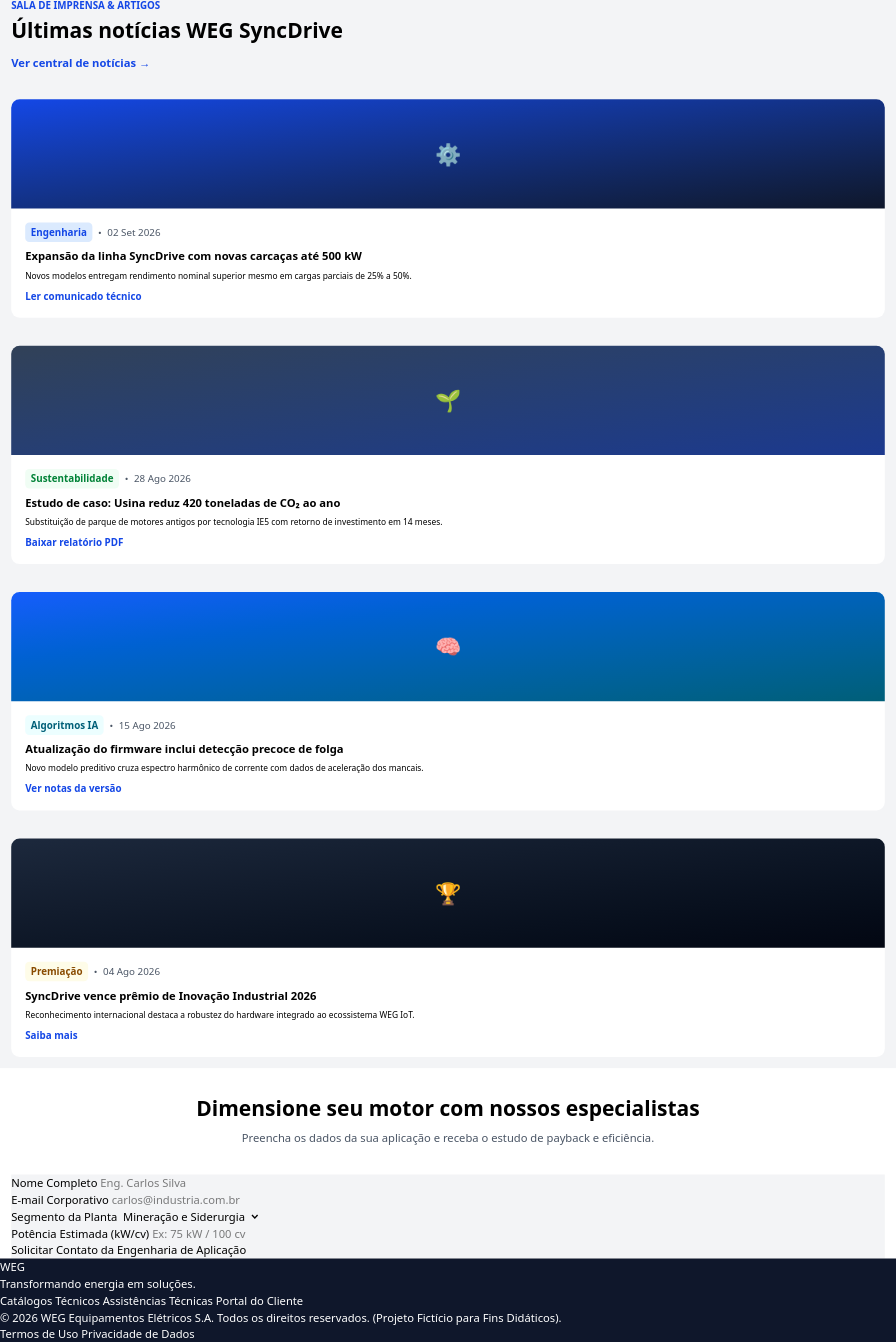
Repository: camilewng/Exercicio-Tailwind
Page: index.html
These files come from the project's save history. The page is drawn as it stood at one moment and after the next save; the edit follows.
The browser window is 1280 px wide. The pictures show the part of the page from y = 2947 to 4867 px (the page is 4865 px tall before and 4867 px after), at 70% of full size.

Above is the page before, as saved 2026-09-14 16:27:23.

### index.html
<!DOCTYPE html>
<html lang="pt-BR">
<head>
  <meta charset="UTF-8">
  <meta name="viewport" content="width=device-width, initial-scale=1.0">
  <title>WEG SyncDrive IoT - Exercício Tailwind CSS</title>
  <script src="https://cdn.jsdelivr.net/npm/@tailwindcss/browser@4"></script>
</head>
<body>

  <!-- ==========================================
       1. HEADER / NAVBAR
       Desafio:
       - Fixar no topo (sticky top-0) com fundo translúcido/blur.
       - Logo WEG em destaque com fundo azul industrial.
       - Menu oculto em telas pequenas e visível em lg:.
  =========================================== -->
  <header>
    <div class="flex flex-row justify-between border-b border-gray-300 mb-15">
      <div class="flex">
        <div class="bg-blue-600 text-white text-2xl font-black w-20 h-10 text-center pt-0.75 rounded-sm m-3">
          WEG
        </div>
        <div class="flex flex-col border-l-2 border-gray-300 h-10 pl-2 mt-3">
          <span class="font-bold">SyncDrive</span>
          <span class="text-blue-600 uppercase font-medium text-xs">Industrial IoT</span>
        </div>
      </div>

      <nav class="hidden">
        <a href="#solucao">A Solução</a>
        <a href="#recursos">Tecnologia</a>
        <a href="#metricas">Performance</a>
        <a href="#aplicacoes">Aplicações</a>
        <a href="#novidades">Notícias</a>
      </nav>

      <div class="flex">
        <a href="#contato" class="hidden">Falar com Consultor</a>
        <a href="#contato" class="bg-blue-600 text-white px-4 py-2 mr-3 mt-3 mb-3 rounded-sm font-medium">
          Especificar Motor
        </a>
      </div>
    </div>
  </header>

  <main >
    <!-- ==========================================
         2. HERO SECTION
         Desafio:
         - Layout em grid de 2 colunas no desktop (texto + painel de telemetria).
         - Centralizado no mobile, alinhado à esquerda em lg:.
         - Estilizar o card escuro de telemetria com badges e status.
    =========================================== -->
    <section id="solucao" class="bg-gradient-to-t from-gray-200 to-white pb-15" >
      <div>
      <div >
        <div>

          <!-- Coluna 1: Conteúdo Textual -->
          <div class="flex flex-col">
            <span class="bg-blue-50 border border-blue-300 uppercase text-sm text-blue-600
                         font-semibold p-1 px-3 rounded-4xl flex mx-11 mb-6">
              Indústria 4.0 & Manutenção Preditiva
            </span>
            <h1 class="font-black text-3xl text-center w-85 mx-8 mb-6 leading-9">WEG SyncDrive: Confiabilidade extrema com inteligência preditiva.</h1>
            <p class="text-gray-600 text-center mx-2 mb-6">
              O motor elétrico síncrono que combina rendimento ultra-premium (IE5), sensoriamento integrado de vibração e temperatura e conectividade instantânea com a nuvem WEG IoT.
            </p>
            <div class="flex flex-col">
              <a href="#contato" class="bg-blue-600 mx-4 text-white flex justify-center font-medium py-3 rounded-sm mb-3">
                Solicitar Folha de Dados
              </a>
              <a href="#recursos" class="border border-gray-300 text-gray-700 font-semibold flex justify-center mx-4 py-3 rounded-sm bg-white mb-10">
                Conhecer a Arquitetura
              </a>
            </div>
          </div>

          <!-- Coluna 2: Card de Telemetria IoT -->
          <div class="bg-slate-900 text-white mx-4 rounded-2xl p-7 ">
            <div>
              <div class="flex justify-between border-b border-gray-600 mb-3">
                <span class="text-blue-400 text-sm mb-4">NODE_ID: WEG-MTR-8842</span>
                <div>
                  <span></span>
                  <span class="flex text-sm text-gray-400">Online 60Hz</span>
                </div>
              </div>

              <div>
                <div class="bg-slate-800 p-3 rounded-lg mb-4">
                  <span  class="text-sm text-gray-400">Eficiência Energética</span>
                  <div class="font-bold text-2xl">96.8% <span class="text-green-300 font-normal text-sm">(Padrão IE5)</span></div>
                </div>

                <div class="flex flex-row gap-4">
                  <div class="bg-slate-800 p-4 rounded-lg mb-4">
                    <span class="text-gray-400 text-sm">Vibração RMS</span>
                    <div class="font-semibold text-xl pb-2 pr-5">0.82 mm/s</div>
                    <span class="text-green-300 text-xs">✓ Faixa Ideal ISO</span>
                  </div>
                  <div class="bg-slate-800 p-4 rounded-lg mb-4">
                    <span class="text-gray-400 text-sm" >Temp. Mancal</span>
                    <div class="font-semibold text-xl pr-13 pb-2">62.4 °C</div>
                    <span class="text-blue-400 text-xs">Normal (PT100)</span>
                  </div>
                </div>

                <div class="bg-blue-950 text-xs px-3 py-3 text-blue-200/90 rounded-lg border border-blue-500/30">
                  ⚡ Previsão de manutenção: operação normal pelos próximos 12 meses.
                </div>
              </div>
            </div>
          </div>

        </div>
      </div>
    </section>

    <!-- ==========================================
         3. RECURSOS / ESPECIFICAÇÕES TÉCNICAS
         Desafio:
         - Grid responsivo de 3 colunas (1 col mobile, 3 cols desktop).
         - Efeito hover nos cards com transição suave de borda ou sombra.
    =========================================== -->
    <section id="recursos" class="p-5">
      <div>
        <div>
          <h2 class="font-black text-3xl text-center mt-12 mb-4">Engenharia pensada para regime contínuo</h2>
          <p class="text-gray-600 text-center mb-15">Projetado para suportar ambientes industriais severos sem comprometer o fluxo operacional.</p>
        </div>

        <div>
          <article class="bg-gray-100 p-5 rounded-lg border border-gray-300/80 mb-8">
            <div class="flex justify-center items-center bg-blue-100 w-11 h-11 rounded-lg mb-4">⚙️</div>
            <h3 class="text-xl font-bold mb-3">Nível de Rendimento IE5</h3>
            <p class="text-gray-600">Rotores com ímãs permanentes de terras raras que eliminam perdas por efeito Joule no rotor, gerando até 35% de economia em perdas elétricas.</p>
          </article>

          <article class="bg-gray-100 p-5 rounded-lg border border-gray-300/80 mb-8">
            <div class="flex justify-center items-center bg-blue-100 w-11 h-11 rounded-lg mb-4">📡</div>
            <h3 class="text-xl font-bold mb-3">Módulo IoT Plug & Play</h3>
            <p class="text-gray-600">Sensores triaxiais acoplados de fábrica comunicando via Bluetooth Low Energy ou redes industriais cabeadas diretamente com o gateway da planta.</p>
          </article>

          <article class="bg-gray-100 p-5 rounded-lg border border-gray-300/80 mb-8">
            <div class="flex justify-center items-center bg-blue-100 w-11 h-11 rounded-lg mb-4">🛡️</div>
            <h3 class="text-xl font-bold mb-3">Grau de Proteção IP66 / W3</h3>
            <p class="text-gray-600">Carcaça em ferro fundido de alta resistência mecânica com pintura anticorrosiva de alto desempenho, apto para atmosferas agressivas.</p>
          </article>
        </div>
      </div>
    </section>

    <!-- ==========================================
         4. MÉTRICAS / NÚMEROS INDUSTRIAIS
         Desafio:
         - Seção de alto contraste (fundo escuro slate-900).
         - Grid de 2 colunas no mobile e 4 colunas em telas maiores.
    =========================================== -->
    <section id="metricas" class="bg-slate-900">
      <div>
        <div class="grid grid-rows-2 grid-cols-2 pt-10 pb-5 px-8 gap-5">
          <div class="border-b border-gray-800 col-start-1 col-end-2 row-start-1 row-end-2">
            <div class="text-blue-400/90 font-black text-3xl text-center pb-1 pt-3">-70%</div>
            <div class="text-gray-300 text-sm pb-8">Paradas Não Planejadas</div>
          </div>
          <div  class="border-b border-gray-800 col-start-2 col-end-3 row-start-1 row-end-2 ">
            <div class="text-blue-400/90 font-black text-3xl text-center pb-1 pt-3">IE5</div>
            <div class="text-gray-300 text-sm">Classificação Energética</div>
          </div>
          <div class="col-start-1 col-end-2 row-start-2 row-end-3" >
            <div class="text-blue-400/90 font-black text-3xl text-center pb-1 pt-3">100k+</div>
            <div class="text-gray-300 text-xs">Horas de Vida dos Mancais</div>
          </div>
          <div class="col-start-2 col-end-3 row-start-2 row-end-3">
            <div class="text-blue-400/90 font-black text-3xl text-center pb-1 pt-3">24/7</div>
            <div class="text-gray-300 text-sm text-center">Telemetria em Nuvem</div>
          </div>
        </div>
      </div>
    </section>

    <!-- ==========================================
         5. APLICAÇÕES INDUSTRIAIS
         Desafio:
         - Grid de 4 colunas adaptável (1 col mobile, 2 sm, 4 lg).
         - Uso de tags de categoria uppercase com tipografia reduzida.
    =========================================== -->
    <section id="aplicacoes" class="pb-8 border-b border-gray-300/80">
      <div>
        <div>
          <h2 class="font-bold text-3xl text-center mt-15 mb-3">Projetado para indústrias críticas</h2>
          <p class="text-gray-600 text-center mx-5 mb-10">Linhas de montagem e processos onde a interrupção não é uma opção.</p>
        </div>

        <div class="flex flex-col">
          <div class="bg-gray-100 rounded-md border border-gray-300/80 mx-4 p-3 mb-6">
            <span class="uppercase text-blue-600 font-semibold text-sm">Mineração</span>
            <h4 class="text-xl font-bold mt-2 mb-2">Correias & Britadores</h4>
            <p class="text-gray-500 text-sm">Torque constante em baixas rotações sem necessidade de redutores pesados.</p>
          </div>

          <div class="bg-gray-100 rounded-md border border-gray-300/80 mx-4 p-3 mb-6">
            <span class="uppercase text-blue-600 font-semibold text-sm">Saneamento</span>
            <h4 class="text-xl font-bold mt-2 mb-2">Estações de Bombeamento</h4>
            <p class="text-gray-500 text-sm">Redução drástica do custo de kWh em bombas centrífugas de regime 24 horas.</p>
          </div>

          <div class="bg-gray-100 rounded-md border border-gray-300/80 mx-4 p-3 mb-6">
            <span class="uppercase text-blue-600 font-semibold text-sm">Papel & Celulose</span>
            <h4 class="text-xl font-bold mt-2 mb-2">Secadores e Bobinadeiras</h4>
            <p  class="text-gray-500 text-sm">Precisão milimétrica de sincronismo de velocidade entre rolos condutores.</p>
          </div>

          <div class="bg-gray-100 rounded-md border border-gray-300/80 mx-4 p-3 mb-6">
            <span class="uppercase text-blue-600 font-semibold text-sm">Agroindústria</span>
            <h4 class="text-xl font-bold mt-2 mb-2">Silos & Ventiladores</h4>
            <p class="text-gray-500 text-sm">Operação imune a poeira condutiva com baixo índice de aquecimento residual.</p>
          </div>
        </div>
      </div>
    </section>

    <!-- ==========================================
         6. NOVIDADES / NOTÍCIAS (4 ITENS)
         Desafio:
         - Cabeçalho com alinhamento justify-between.
         - 4 cards em grid: 1 col (mobile), 2 cols (md), 4 cols (lg).
         - Imagem/banner visual com gradiente em cada notícia.
         - Flexbox nos cards para fixar o link de leitura no rodapé.
    =========================================== -->
    <section id="novidades" class="bg-gray-100 p-4">
      <div>

        <div>
          <div class="flex flex-col">
            <span class="uppercase text-blue-700 font-semibold text-sm mt-15">Sala de Imprensa & Artigos</span>
            <h2 class="font-black text-3xl mt-2 mb-4">Últimas notícias WEG SyncDrive</h2>
          </div class="flex">
          <a href="#" class="text-blue-700 font-semibold">Ver central de notícias →</a>
        </div>

        <div>
          <!-- Notícia 1 -->
          <article class="bg-white rounded-xl mt-10">
            <div class="text-3xl py-15 text-center bg-gradient-to-br from-blue-700 to-slate-900 rounded-t-xl ">⚙️</div>
            <div class="px-5 py-5">
              <div class="flex">
                <span class="bg-blue-100 py-1 px-2 rounded-md text-blue-700 font-semibold text-sm mb-2 mr-2">Engenharia</span>
                <span class="text-gray-600 text-sm mr-2 pt-1">•</span>
                <time class="text-gray-600 text-sm pt-1">02 Set 2026</time>
              </div>
              <h3>
                <a href="#" class="font-bold text-md">Expansão da linha SyncDrive com novas carcaças até 500 kW</a>
              </h3>
              <p class="text-xs py-2">Novos modelos entregam rendimento nominal superior mesmo em cargas parciais de 25% a 50%.</p>
              <a href="#" class="text-blue-700 font-semibold text-sm">Ler comunicado técnico</a>
            </div>
          </article>

          <!-- Notícia 2 -->
          <article class="bg-white rounded-xl mt-10">
            <div class="text-3xl py-15 text-center bg-gradient-to-br from-slate-700 to-blue-900 rounded-t-xl ">🌱</div>
            <div class="px-5 py-5">
              <div class="flex">
                <span class="bg-green-50 py-1 px-2 rounded-md text-green-700 font-semibold text-sm mb-2 mr-2">Sustentabilidade</span>
                <span class="text-gray-600 text-sm mr-2 pt-1">•</span>
                <time class="text-gray-600 text-sm pt-1">28 Ago 2026</time>
              </div>
              <h3>
                <a href="#" class="font-bold text-md">Estudo de caso: Usina reduz 420 toneladas de CO₂ ao ano</a>
              </h3>
              <p class="text-xs py-2">Substituição de parque de motores antigos por tecnologia IE5 com retorno de investimento em 14 meses.</p>
              <a href="#" class="text-blue-700 font-semibold text-sm">Baixar relatório PDF</a>
            </div>
          </article>

          <!-- Notícia 3 -->
          <article class="bg-white rounded-xl mt-10">
            <div class="text-3xl py-15 text-center bg-gradient-to-br from-blue-600 to-cyan-800 rounded-t-xl ">🧠</div>
            <div class="px-5 py-5">
              <div class="flex">
                <span class="bg-cyan-50 py-1 px-2 rounded-md text-cyan-800 font-semibold text-sm mb-2 mr-2">Algoritmos IA</span>
                <span class="text-gray-600 text-sm mr-2 pt-1">•</span>
                <time class="text-gray-600 text-sm pt-1">15 Ago 2026</time>
              </div>
              <h3>
                <a href="#" class="font-bold text-md">Atualização do firmware inclui detecção precoce de folga</a>
              </h3>
              <p class="text-xs py-2">Novo modelo preditivo cruza espectro harmônico de corrente com dados de aceleração dos mancais.</p>
              <a href="#" class="text-blue-700 font-semibold text-sm">Ver notas da versão</a>
            </div>
          </article>

          <!-- Notícia 4 -->
          <article class="bg-white rounded-xl mt-10">
            <div class="text-3xl py-15 text-center bg-gradient-to-br from-slate-800 to-gray-950 rounded-t-xl ">🏆</div>
            <div class="px-5 py-5">
              <div class="flex">
                <span class="bg-yellow-50 py-1 px-2 rounded-md text-yellow-800 font-semibold text-sm mb-2 mr-2">Premiação</span>
                <span class="text-gray-600 text-sm mr-2 pt-1">•</span>
                <time class="text-gray-600 text-sm pt-1">04 Ago 2026</time>
              </div>
              <h3>
                <a href="#" class="font-bold text-md">SyncDrive vence prêmio de Inovação Industrial 2026</a>
              </h3>
              <p class="text-xs py-2">Reconhecimento internacional destaca a robustez do hardware integrado ao ecossistema WEG IoT.</p>
              <a href="#" class="text-blue-700 font-semibold text-sm">Saiba mais</a>
            </div>
          </article>
        </div>

      </div>
    </section>

    <!-- ==========================================
         7. FORMULÁRIO DE CONTATO / DIMENSIONAMENTO
         Desafio:
         - Inputs estilizados com focus rings.
         - Grid de formulário com campos em 2 colunas no desktop.
    =========================================== -->
    <section id="contato">
      <div>
        <div>
          <h2 class="text-3xl px-5 font-bold text-center pt-10 pb-3">Dimensione seu motor com nossos especialistas</h2>
          <p class="text-center px-5 text-gray-600 pb-10">Preencha os dados da sua aplicação e receba o estudo de payback e eficiência.</p>
        </div>

        <form class="bg-gray-100 mx-4">
          <div>
            <div>
              <label>Nome Completo</label>
              <input type="text" placeholder="Eng. Carlos Silva">
            </div>
            <div>
              <label>E-mail Corporativo</label>
              <input type="email" placeholder="carlos@industria.com.br">
            </div>
          </div>

          <div>
            <div>
              <label>Segmento da Planta</label>
              <select>
                <option>Mineração e Siderurgia</option>
                <option>Papel e Celulose</option>
                <option>Saneamento e Água</option>
                <option>Química e Petroquímica</option>
                <option>Alimentos e Bebidas</option>
              </select>
            </div>
            <div>
              <label>Potência Estimada (kW/cv)</label>
              <input type="text" placeholder="Ex: 75 kW / 100 cv">
            </div>
          </div>

          <button type="submit">Solicitar Contato da Engenharia de Aplicação</button>
        </form>
      </div>
    </section>
  </main>

  <!-- ==========================================
       8. RODAPÉ / FOOTER
       Desafio:
       - Layout corporativo com tipografia sutil.
       - Disposição em flexbox responsivo (colunas empilhadas no mobile, linha no desktop).
  =========================================== -->
  <footer class="bg-slate-900 text-white">
    <div>
      <div>
        <div>
          <div>WEG</div>
          <span>Transformando energia em soluções.</span>
        </div>
        <div>
          <a href="#">Catálogos Técnicos</a>
          <a href="#">Assistências Técnicas</a>
          <a href="#">Portal do Cliente</a>
        </div>
      </div>
      <div>
        <p>© 2026 WEG Equipamentos Elétricos S.A. Todos os direitos reservados. (Projeto Fictício para Fins Didáticos).</p>
        <div>
          <a href="#">Termos de Uso</a>
          <a href="#">Privacidade de Dados</a>
        </div>
      </div>
    </div>
  </footer>

</body>
</html>

After the next save:
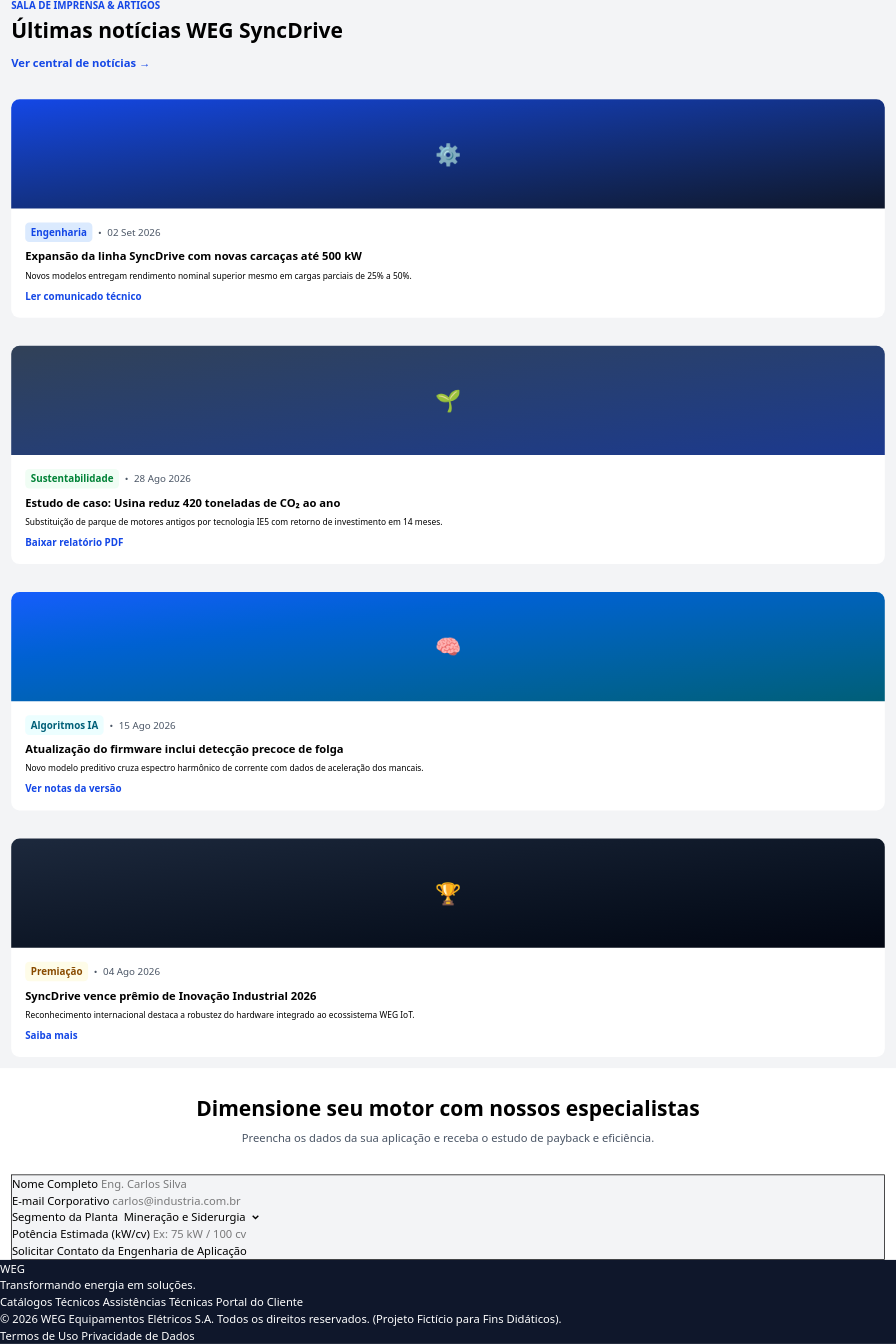
Saved 8 s later.
--- a/index.html
+++ b/index.html
@@ -328,7 +328,7 @@
           <p class="text-center px-5 text-gray-600 pb-10">Preencha os dados da sua aplicação e receba o estudo de payback e eficiência.</p>
         </div>
 
-        <form class="bg-gray-100 mx-4">
+        <form class="bg-gray-100 mx-4 border">
           <div>
             <div>
               <label>Nome Completo</label>
